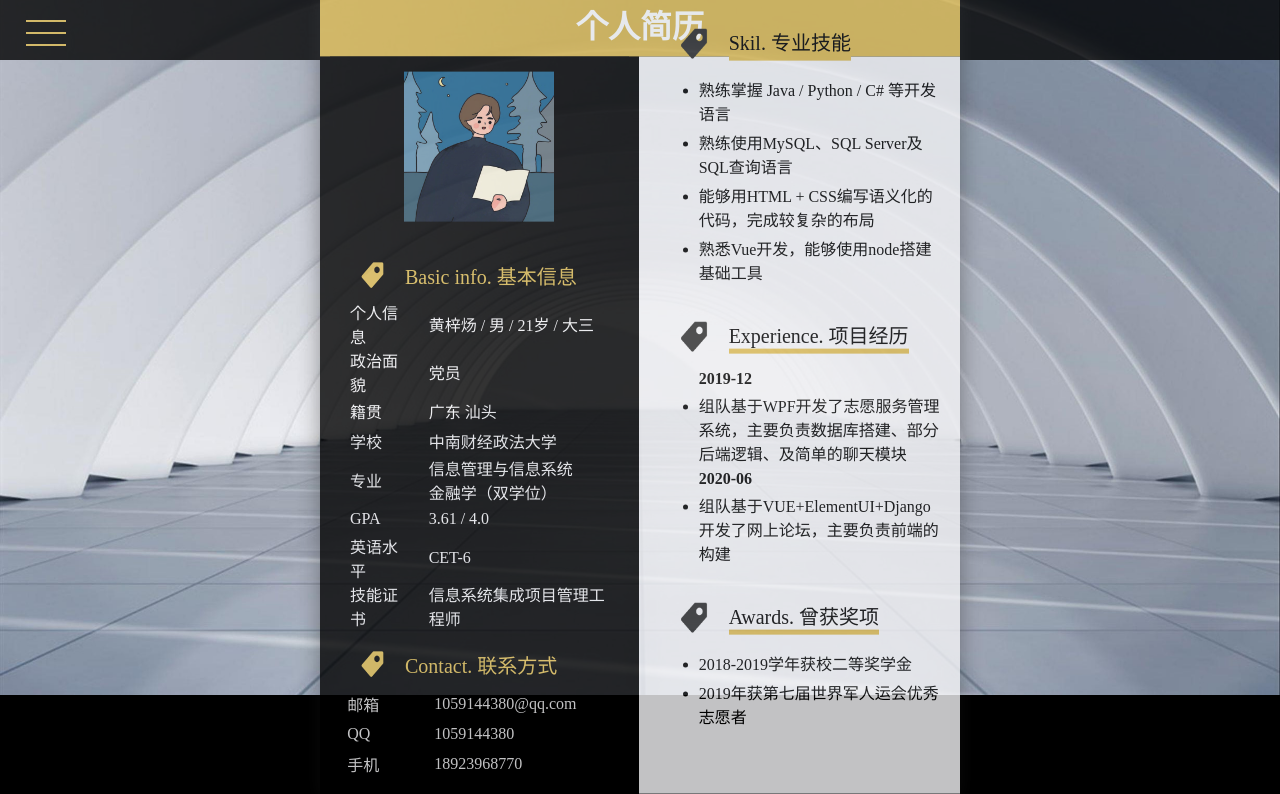
Repository: ustc-hzy/ziYang
Page: resume.html
The author's editor kept a copy of each file at every save. The page is drawn from the files as they stood at one save, then again after the next save.
The browser window is 1280 px wide. The pictures show the whole page.

Above is the page before, as saved 2020-06-18 18:29:35.

### resume.html
<!DOCTYPE html>
<html lang="en">
<head>
    <meta charset="UTF-8">
    <meta name="viewport" content="width=device-width, initial-scale=1.0">
    <link rel="stylesheet" href="css/style.css" type="text/css">
    <link rel="stylesheet" href="css/resume.css" type="text/css">
    <title>个人简历</title>
</head>
<body>
    <header>
        <!-- 导航栏部分 -->
        <div class="inner">
            <!-- 用于控制菜单栏开关 -->
            <input type="checkbox" id="ham">
            <!-- 菜单栏icon -->
            <label for="ham">
                <div class="hamburger-container">
                    <span></span>
                    <span></span>
                    <span></span>
                </div>
            </label>
            <!-- 菜单栏各项 -->
            <nav>
                <ul>
                    <li><a href="index.html">网站首页</a></li>
                    <li><a href="resume.html">个人简历</a></li>
                    <li><a href="album.html">旅行相册</a></li>
                    <li><a href="asset.html">PS作品集</a></li>
                    <li><a href="episode.html">剧集收藏</a></li>
                </ul>
            </nav>
            <!-- 打开菜单栏的遮罩 -->
            <div class="mask"></div>
        </div>

        <!-- 简历部分 -->
        <div class="content-container">
            <table>
                <caption class="table-title">个人简历</caption>
                <tr>
                    <!-- 左侧一列，共三行 -->
                    <td class="left-column">
                        <table>
                            <tr>
                                <!-- 头像 -->
                                <td class="left-column portary" align="center">
                                    <img src="img/user.png" width="150px">
                                </td>
                            </tr>
                            <tr>
                                <!-- 基本信息 -->
                                <td  align="center">
                                    <table>
                                        <div class="small-table-title"><img src="img/label.png" width="25px"> <span>Basic info. 基本信息</span></div>
                                        <tr>
                                            <td>个人信息</td>
                                            <td>黄梓炀 / 男 / 21岁 / 大三</td>
                                        </tr>
                                        <tr>
                                            <td>政治面貌</td>
                                            <td>党员</td>
                                        </tr>
                                        <tr>
                                            <td>籍贯</td>
                                            <td>广东 汕头</td>
                                        </tr>
                                        <tr>
                                            <td>学校</td>
                                            <td>中南财经政法大学</td>
                                        </tr>
                                        <tr>
                                            <td>专业</td>
                                            <td>
                                                <div>信息管理与信息系统</div>
                                                <div>金融学（双学位）</div>
                                            </td>
                                        </tr>
                                        <tr>
                                            <td>GPA</td>
                                            <td>3.61 / 4.0</td>
                                        </tr>
                                        <tr>
                                            <td>英语水平</td>
                                            <td>CET-6</td>
                                        </tr>
                                        <tr>
                                            <td>技能证书</td>
                                            <td>信息系统集成项目管理工程师</td>
                                        </tr>
                                    </table>
                                </td>
                            </tr>
                            <tr>
                                <!-- 联系方式 -->
                                <td align="center">
                                    <table class="contact">
                                        <div class="small-table-title"><img src="img/label.png" width="25px"> <span>Contact. 联系方式</span></div>
                                        <tr>
                                            <td class="label">邮箱</td>
                                            <td>1059144380@qq.com</td>
                                        </tr>
                                        <tr>
                                            <td class="label">QQ</td>
                                            <td>1059144380</td>
                                        </tr>
                                        <tr>
                                            <td class="label">手机</td>
                                            <td>18923968770</td>
                                        </tr>
                                    </table>
                                </td>
                            </tr>
                        </table>
                    </td>
                    <!-- 右侧一列，共三行 -->
                    <td class="right-column">
                        <table>
                            <tr>
                                <!-- 专业技能 -->
                                <td>
                                    <table class="skill">
                                        <div class="small-table-title"><img src="img/label_black.png" width="30px"><span>Skil. 专业技能</span></div>
                                        <ul>
                                            <li>熟练掌握 Java / Python / C# 等开发语言</li>
                                            <li>熟练使用MySQL、SQL Server及SQL查询语言</li>
                                            <li>能够用HTML + CSS编写语义化的代码，完成较复杂的布局</li>
                                            <li>熟悉Vue开发，能够使用node搭建基础工具</li>
                                        </ul>
                                    </table>
                                </td>
                            </tr>
                            <tr>
                                <!-- 实践经历 -->
                                <td>
                                    <table class="experience">
                                        <div class="small-table-title"><img src="img/label_black.png" width="30px"><span>Experience. 项目经历</span></div>
                                        <ul>
                                            <li class="date">2019-12</li>
                                            <li>组队基于WPF开发了志愿服务管理系统，主要负责数据库搭建、部分后端逻辑、及简单的聊天模块</li>
                                            <li class="date">2020-06</li>
                                            <li>组队基于VUE+ElementUI+Django开发了网上论坛，主要负责前端的构建</li>
                                        </ul>
                                    </table>
                                </td>
                            </tr>
                            <tr>
                                <!-- 曾获奖项 -->
                                <td>
                                    <table class="awards">
                                        <div class="small-table-title"><img src="img/label_black.png" width="30px"><span>Awards. 曾获奖项</span></div>
                                        <ul>
                                            <li>2018-2019学年获校二等奖学金</li>
                                            <li>2019年获第七届世界军人运会优秀志愿者</li>
                                        </ul>
                                    </table>
                                </td>
                            </tr>
                        </table>
                    </td>
                </tr>
            </table>
        </div>
    </header>
</body>
</html>

### css/style.css
body {
    height: 100%;
    width: 100%;
    margin: 0 auto;
    padding: 0 0 ;
    background-color: #000000;
    background-image: url(../img/user_bg.jpg);
    background-repeat: no-repeat;
    background-size: cover;
    overflow: auto;
}
header{
    height: 60px;
    background-color: #000000;
    opacity: 0.8;
}
.inner{
    width: 96%;
    margin: auto;
}
#ham{
    display: none;
}
/* 当chexkbox选中时，改变第一条线 */
#ham:checked + label .hamburger-container span:nth-child(1){
    transform: rotate(45deg);
    top: 11px;
    transition: transform .3s ease-in-out, top .3s ease-in-out 3s;
}
/* 当chexkbox选中时，第二条线消失 */
#ham:checked + label .hamburger-container span:nth-child(2){
    opacity: 0;
}
/* 当chexkbox选中时，改变第三条线 */
#ham:checked + label .hamburger-container span:nth-child(3){
    transform: rotate(-45deg);
    top: -11px;
    transition: transform .3s ease-in-out, top .3s ease-in-out 3s;
}
.hamburger-container span:nth-child(2){
    margin-top: 10px;
    transition: opacity .1s ease-in-out .1s;
}
.hamburger-container span:nth-child(3){
    margin-top: 10px;
}
.hamburger-container{
    display: block;
    width: 40px;
    height: 40px;
    position: relative;
    top: 20px;
    z-index: 100;
}
.hamburger-container span{
    display: block;
    height: 2px;
    background-color: #dbba53;
    position: relative;
    transition: transform .3s ease-in-out, top .3s ease-in-out .3s;
}
nav{
    position: absolute;
    z-index: 100;
    color: #fff;
    top: 50px;
    transform: scaleY(0); /* 垂直方向缩小到0，即关闭 */
    transition: all .3s ease-in-out;
    transform-origin: 50% 0; /* 将中心点移到顶部 */
    opacity: 0; /* 渐入渐出效果 */
}
/* 当chexkbox选中时，展示nav */
#ham:checked ~ nav{
    transform: scaleY(1); /* 垂直方向扩大到1，即打开 */
    opacity: 1;
    transition: all .3s ease-in-out;
}
.mask {
    width: 100vw;
    height: 100vh;
    position: fixed;
    top: 0;
    left: 0;
    background: #000000;
    opacity: 0;
    z-index: 10; /* 防止遮住要显示的部分 */
    transform: scaleY(0);
    transform-origin: 50% 0;
    transition: all .3s ease-in-out;
}
#ham:checked ~ .mask{
    opacity: 1;
    transform: scaleY(1);
    transition: all .3s ease-in-out;
}
nav ul{
    position: relative;
    right: 40px;
    margin-top: 2em;
    list-style-type:none;
    font-size: 35px;
}
nav ul li{
    margin-top: 1em;
}
nav ul li:hover{
    transform: scale(1.2, 1.2); /* transform从元素中心开始变化，不会影响到其他元素 */
}
nav ul li a:hover{
    color: #dbba53;
}
.name-container{
    position: absolute;
    top: 50%;
    left: 50%;
    transform: translate(-50%,-50%);
    z-index: 1;
    background-color: rgba(0,0,0,0.3); /* 此处使用opacity会让文字也变透明 */
    box-shadow: 0 5px 20px rgba(26,26,26,0.5);
}
.mid-name{
    color: #fff;
    font-size: 50px;
    border: 8px solid #fff;
    padding: 40px;
    text-align: center;
}
.mid-name .id{
    margin-top: 10px;
    font-size: 40px;
}
a{
    text-decoration: none;
    color: #ffffff;
}

### css/resume.css
/* 主题内容框 */
.content-container{
    position: absolute;
    top: 50%;
    left: 50%;
    transform: translate(-50%,-46%);
    z-index: 1;
    box-shadow: 0 5px 20px rgba(26,26,26,0.5);
}
table{
    border-spacing: 0;
}
table tr td {
    height: 30px;
    padding: 0px 10px;
}
/* 大标题 */
.table-title{
    color: #ffffff;
    font-size: 32px;
    font-weight: bold;
    padding: 10px 0 ;
    background-color: #dbba53;
}

/* 简历左侧部分 */
.left-column{
    width: 2000px;
    background-color: #000000;
    color: #f3f3f5;
}
/* 简历右侧部分 */
.right-column{
    width: 2000px;
    background-color: #f3f3f5;
}
/* 头像 */
.portary img{
    margin: 15px 0px;
}
/* 左侧小标题 */
.left-column .small-table-title{
    display: flex;
    flex-wrap: nowrap;
    margin-top: 20px;
    margin-bottom: 10px;
    font-size: 20px;
    color: #dbba53;
}
/* 右侧小标题 */
.right-column .small-table-title{
    display: flex;
    flex-wrap: nowrap;
    font-size: 20px;
    margin-top: 20px;
}
/* 右侧小标题下划线 */
.right-column .small-table-title span{
    border-bottom: 5px solid #dbba53;
}
.contact .label{
    position: relative;
    right: 35px;
}
.contact{
    margin-bottom: 15px;
}
/* 标签icon */
.small-table-title img{
    margin: 0 20px;
}
.right-column table {
    position: relative;
    bottom: 50px;
}
.right-column table tr{
    height: 45%;
}
ul .date{
    list-style-type: none;
    font-weight: bold;
}
ul li{
    margin: 5px 0 ;
}

After the next save:
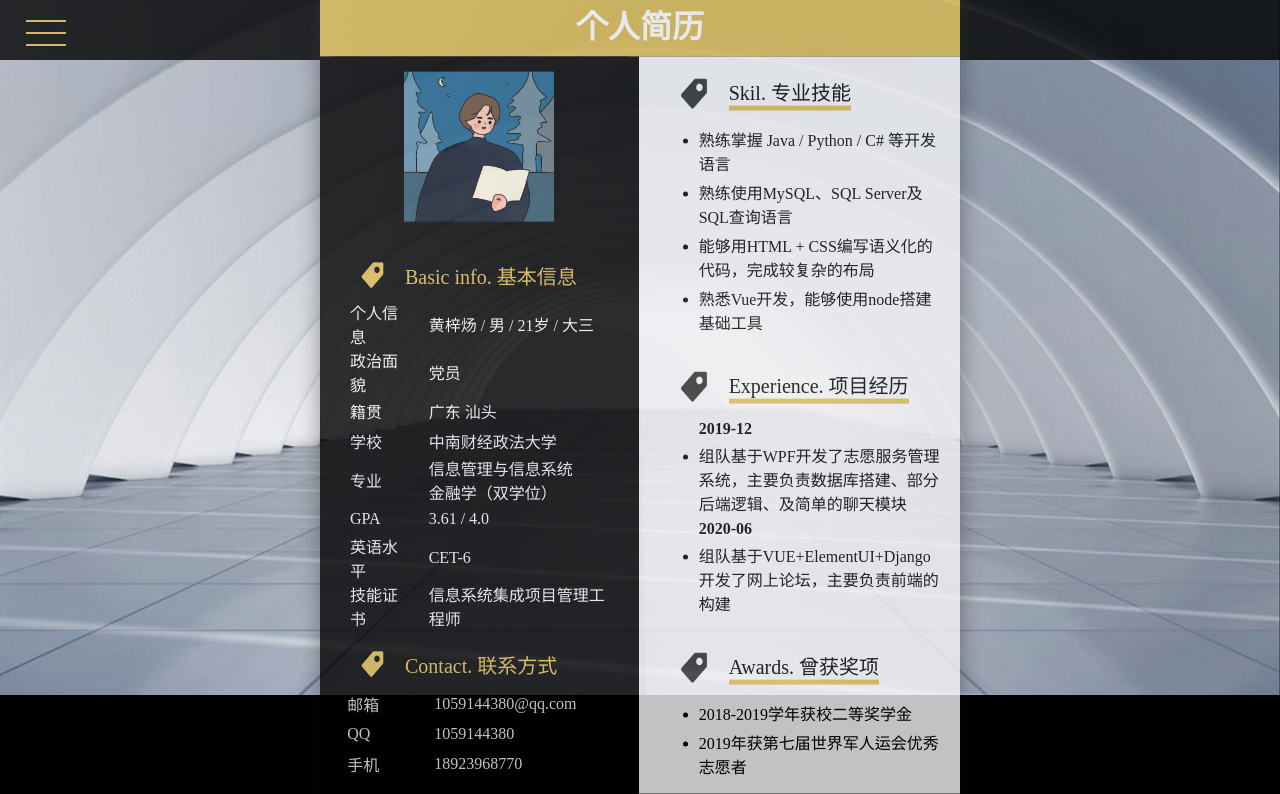
Saved 27 s later.
--- a/css/resume.css
+++ b/css/resume.css
@@ -69,10 +69,6 @@ table tr td {
 .small-table-title img{
     margin: 0 20px;
 }
-.right-column table {
-    position: relative;
-    bottom: 50px;
-}
 .right-column table tr{
     height: 45%;
 }
